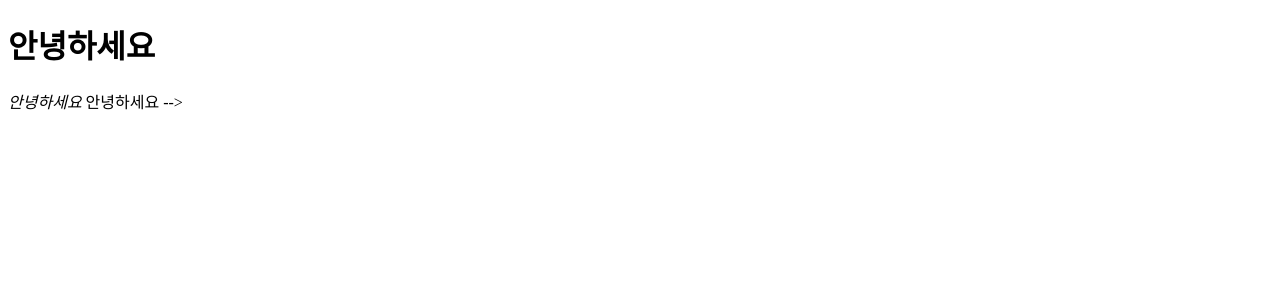
Repository: dnjs0/HCJ
Page: ClientTest/src/main/webapp/ex03.html
An editor plug-in stored every save of this project. The page is shown before and after the next save, followed by the edit.
The browser window is 1280 px wide. The pictures show the whole page.

Above is the page before, as saved 2025-02-10 06:13:58.

### ClientTest/src/main/webapp/ex03.html
<!DOCTYPE html>
<html lang="ko">
<head>
	<meta charset="UTF-8">
	<title>ex03.html</title>
</head>
<body>
	<!--

	   HTML 구성요소

	   1. 태그(Tag) / 요소(Element)
	   2. 특성(Attribute)
	   3. 텍스트(PCDATA)
	   -----------------------------------------
	   4. 주석(Comment)
	   -----------------------------------------
	   5. 선언문(Declaration)
	   6. 엔티티(Entity)
	   7. 외부요소
	   8. 등등..


	<!-- 1. 태그(tag) / 요소(element)
	- 명령여를 >로 묶에 놓은 요소
	- HTML의 주요 요소
	- HTML 문서의 골격(뼈대)을 만드는 역할(레이아웃 발생)
	- 데이터를 화면에 출력하는 역할
	- 각 태그마다 역할 부여 > 출력되는 형태 or 기능 or 의미가 다르다.

	1.1 HTML 태그 표현 방식
	   a. <태그명>내용물 영역</태그명>
	       - 내용물을 가지는 태그
	       - 쌍태그
	       - < 태그명> : 시작 태그
	       - </태그명> : 끝태그

	   b. <태그명>
	       - 내용물이 없는 태그
	       - 단독 태그, 빈 태그(Empty tag)

	1.2 태그 내용물 형식, Content type
	   - <태그>형식</태그>
	   a. 자식 태그
	       - 또 다른 테그들이 내용물로 구성된다.
	       - 문자열은 올 수 없다.

	   b. PCDATA, Parsed Character Data
	       - 문자열만 올 수 있다. ex) title
	       - 자식 태그를 가질 수 없다.

	   c. Empty
	       - 아무것도 가지지 않는다. > 단독태그, 빈태그

	   d. Mixed, 혼합형
	       - 자식으로 ㅌ태그와 문자열이 모두 올 수 있다.
	       - a  + b + c
	       - HTML 태그의 대부분은 혼합형이다.


    2. 특성(Attribute)
    - 태그가 가지는 데이터의 한 종류


	 -->




	 <h1>안녕하세요</h1>
	 <i>안녕하세요</i>
	 안녕하세요


	 -->
</body>
</html>

After the next save:
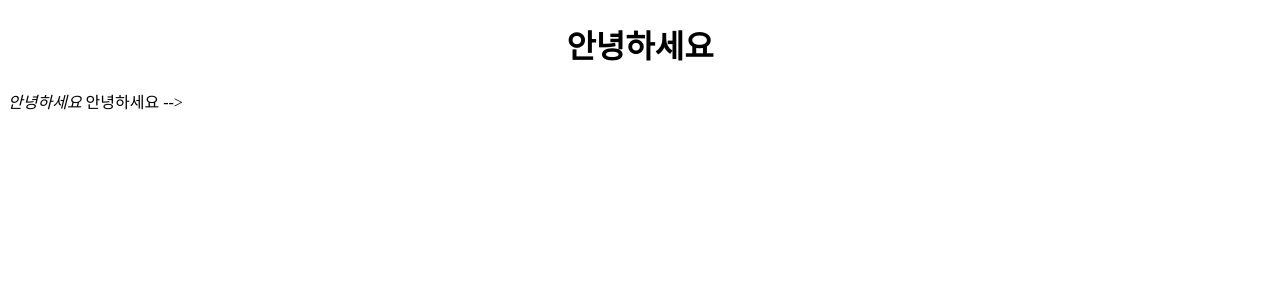
Saved 16 min 13 s later.
--- a/ClientTest/src/main/webapp/ex03.html
+++ b/ClientTest/src/main/webapp/ex03.html
@@ -67,7 +67,7 @@
 
 
 
-	 <h1>안녕하세요</h1>
+	 <h1 align = "center">안녕하세요</h1>
 	 <i>안녕하세요</i>
 	 안녕하세요
 
